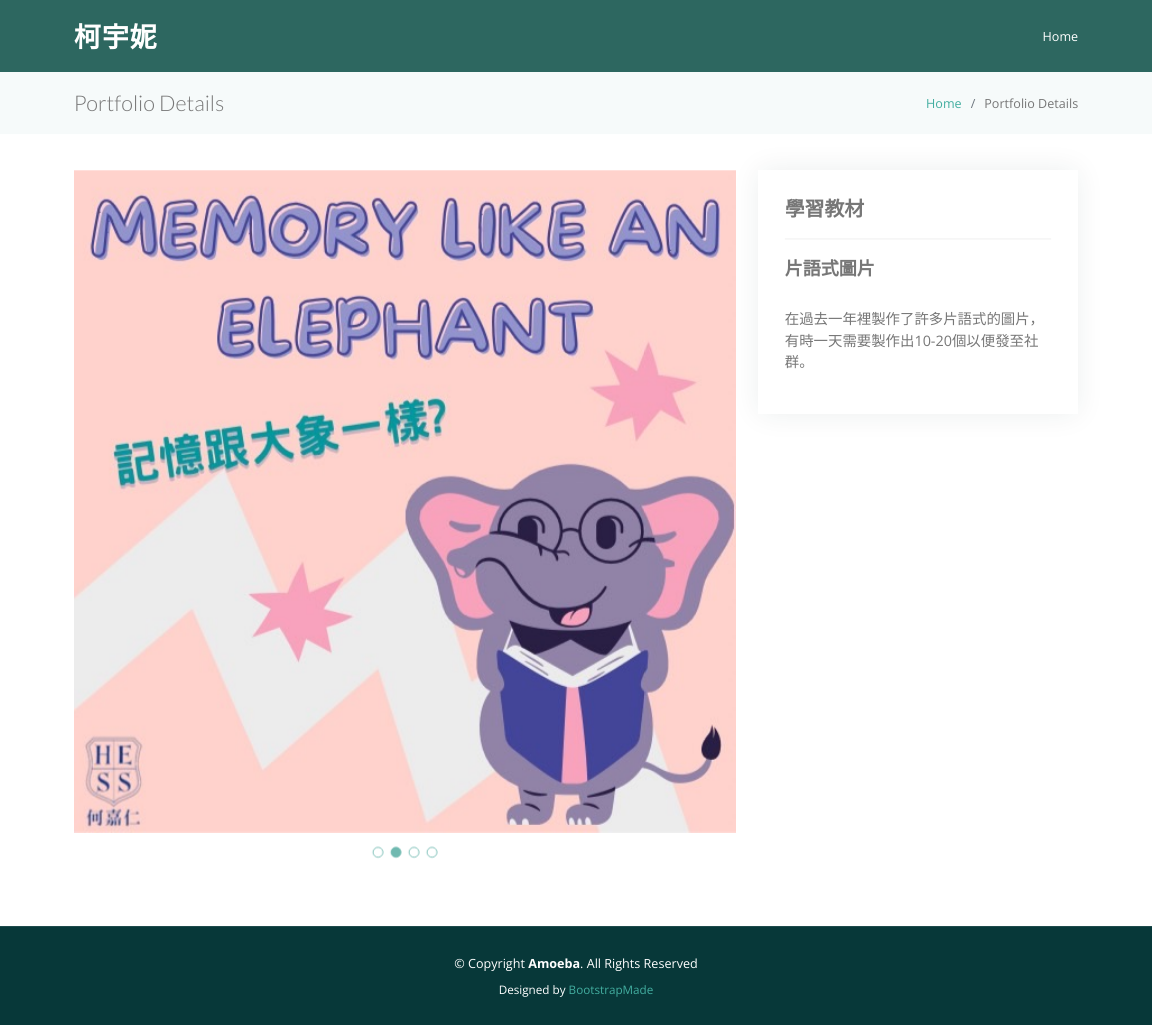
Repository: ajhddk/ajhddk.github.io
Page: portfolio-details-A.html
An editor plug-in stored every save of this project. The page is shown before and after the next save, followed by the edit.
The browser window is 1280 px wide. The pictures show the whole page, at 90% of full size.

Above is the page before, as saved 2022-07-17 22:23:54.

### portfolio-details-A.html
<!DOCTYPE html>
<html lang="en">

<head>
  <meta charset="utf-8">
  <meta content="width=device-width, initial-scale=1.0" name="viewport">

  <title>Portfolio Details - Amoeba Bootstrap Template</title>
  <meta content="" name="description">
  <meta content="" name="keywords">

  <!-- Favicons -->
  <link href="assets/img/favicon.png" rel="icon">
  <link href="assets/img/apple-touch-icon.png" rel="apple-touch-icon">

  <!-- Google Fonts -->
  <link href="https://fonts.googleapis.com/css?family=Open+Sans:300,300i,400,400i,600,600i,700,700i|Lato:400,300,700,900" rel="stylesheet">

  <!-- Vendor CSS Files -->
  <link href="assets/vendor/bootstrap/css/bootstrap.min.css" rel="stylesheet">
  <link href="assets/vendor/bootstrap-icons/bootstrap-icons.css" rel="stylesheet">
  <link href="assets/vendor/glightbox/css/glightbox.min.css" rel="stylesheet">
  <link href="assets/vendor/swiper/swiper-bundle.min.css" rel="stylesheet">

  <!-- Template Main CSS File -->
  <link href="assets/css/style.css" rel="stylesheet">

  <!-- =======================================================
  * Template Name: Amoeba - v4.7.0
  * Template URL: https://bootstrapmade.com/free-one-page-bootstrap-template-amoeba/
  * Author: BootstrapMade.com
  * License: https://bootstrapmade.com/license/
  ======================================================== -->
</head>

<body>

  <!-- ======= Header ======= -->

	<header id="header" class="fixed-top d-flex align-items-center">
		<div class="container d-flex align-items-center">

			<div class="logo me-auto">
				<h1><a href="index.html">柯宇妮</a></h1>
				<!-- Uncomment below if you prefer to use an image logo -->
				<!-- <a href="index.html"><img src="assets/img/logo.png" alt="" class="img-fluid"></a>-->
			</div>

			<nav id="navbar" class="navbar">
				<ul>
					<li><a class="nav-link scrollto active" href="index.html">Home</a></li>
				</ul>
				<i class="bi bi-list mobile-nav-toggle"></i>
			</nav><!-- .navbar -->

		</div>
	</header><!-- End #header -->

  <main id="main">

    <!-- ======= Breadcrumbs ======= -->
    <section class="breadcrumbs">
      <div class="container">

        <div class="d-flex justify-content-between align-items-center">
          <h2>Portfolio Details</h2>
          <ol>
            <li><a href="index.html">Home</a></li>
            <li>Portfolio Details</li>
          </ol>
        </div>

      </div>
    </section><!-- Breadcrumbs -->

    <!-- ======= Portfolio Details Section ======= -->
    <section id="portfolio-details" class="portfolio-details">
      <div class="container">

        <div class="row gy-4">

          <div class="col-lg-8">
            <div class="portfolio-details-slider swiper">
              <div class="swiper-wrapper align-items-center">

                <div class="swiper-slide">
                  <img src="assets/img/portfolio/learning/S__3741345.jpg" alt="">
                </div>

                <div class="swiper-slide">
                  <img src="assets/img/portfolio/learning/S__3741352.jpg" alt="">
                </div>

                <div class="swiper-slide">
                  <img src="assets/img/portfolio/learning/S__3741353.jpg" alt="">
                </div>

                <div class="swiper-slide">
                  <img src="assets/img/portfolio/learning/S__3741359.jpg" alt="">
                </div>



              </div>
              <div class="swiper-pagination"></div>
            </div>
          </div>

          <div class="col-lg-4">
            <div class="portfolio-info">
              <h3>學習教材</h3>

              <h5><strong>片語式圖片</strong> </h5>
              <br>
              <p>在過去一年裡製作了許多片語式的圖片，<br>有時一天需要製作出10-20個以便發至社群。</p>
            </div>

          </div>

        </div>

      </div>
    </section><!-- End Portfolio Details Section -->

  </main><!-- End #main -->

  <!-- ======= Footer ======= -->
  <footer id="footer">
    <div class="container">
      <div class="copyright">
        &copy; Copyright <strong><span>Amoeba</span></strong>. All Rights Reserved
      </div>
      <div class="credits">
        <!-- All the links in the footer should remain intact. -->
        <!-- You can delete the links only if you purchased the pro version. -->
        <!-- Licensing information: https://bootstrapmade.com/license/ -->
        <!-- Purchase the pro version with working PHP/AJAX contact form: https://bootstrapmade.com/free-one-page-bootstrap-template-amoeba/ -->
        Designed by <a href="https://bootstrapmade.com/">BootstrapMade</a>
      </div>
    </div>
  </footer><!-- End #footer -->

  <a href="#" class="back-to-top d-flex align-items-center justify-content-center"><i class="bi bi-arrow-up-short"></i></a>

  <!-- Vendor JS Files -->
  <script src="assets/vendor/bootstrap/js/bootstrap.bundle.min.js"></script>
  <script src="assets/vendor/glightbox/js/glightbox.min.js"></script>
  <script src="assets/vendor/isotope-layout/isotope.pkgd.min.js"></script>
  <script src="assets/vendor/swiper/swiper-bundle.min.js"></script>
  <script src="assets/vendor/php-email-form/validate.js"></script>

  <!-- Template Main JS File -->
  <script src="assets/js/main.js"></script>

</body>

</html>

Loaded but not shown: assets/vendor/bootstrap/css/bootstrap.min.css (library); assets/vendor/bootstrap-icons/bootstrap-icons.css (library); assets/vendor/glightbox/css/glightbox.min.css (library); assets/vendor/swiper/swiper-bundle.min.css (library); assets/vendor/bootstrap/js/bootstrap.bundle.min.js (library); assets/vendor/glightbox/js/glightbox.min.js (library); assets/vendor/isotope-layout/isotope.pkgd.min.js (library); assets/vendor/swiper/swiper-bundle.min.js (library); assets/vendor/php-email-form/validate.js (common file); assets/js/main.js (212 lines, source omitted); assets/css/style.css (906 lines, source omitted)

After the next save:
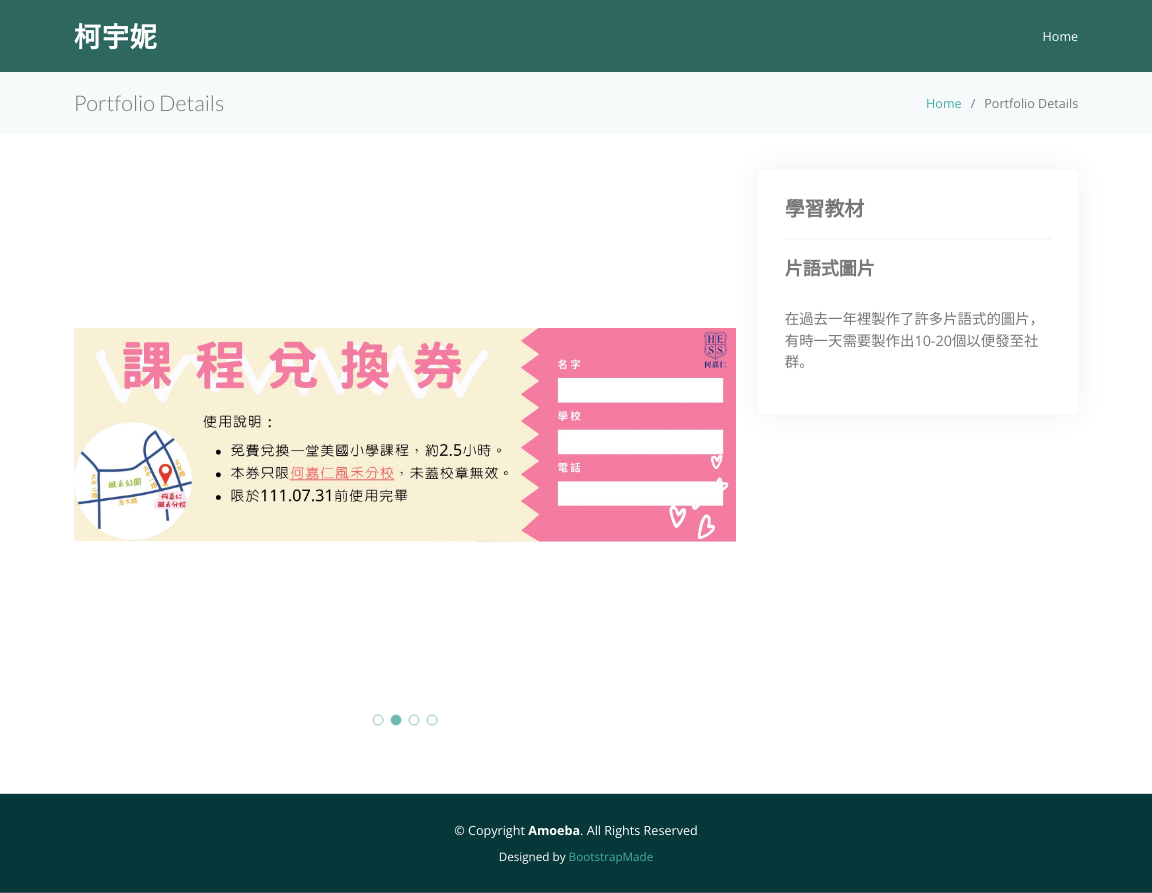
Saved 2 min 54 s later.
--- a/portfolio-details-A.html
+++ b/portfolio-details-A.html
@@ -84,19 +84,19 @@
               <div class="swiper-wrapper align-items-center">
 
                 <div class="swiper-slide">
-                  <img src="assets/img/portfolio/learning/S__3741345.jpg" alt="">
+                  <img src="assets/img/portfolio/activity/S__3741347.jpg" alt="">
                 </div>
 
                 <div class="swiper-slide">
-                  <img src="assets/img/portfolio/learning/S__3741352.jpg" alt="">
+                  <img src="assets/img/portfolio/activity/S__3741360.jpg" alt="">
                 </div>
 
                 <div class="swiper-slide">
-                  <img src="assets/img/portfolio/learning/S__3741353.jpg" alt="">
+                  <img src="assets/img/portfolio/activity/S__3741361.jpg" alt="">
                 </div>
 
                 <div class="swiper-slide">
-                  <img src="assets/img/portfolio/learning/S__3741359.jpg" alt="">
+                  <img src="assets/img/portfolio/activity/S__3741368.jpg" alt="">
                 </div>
 
 
